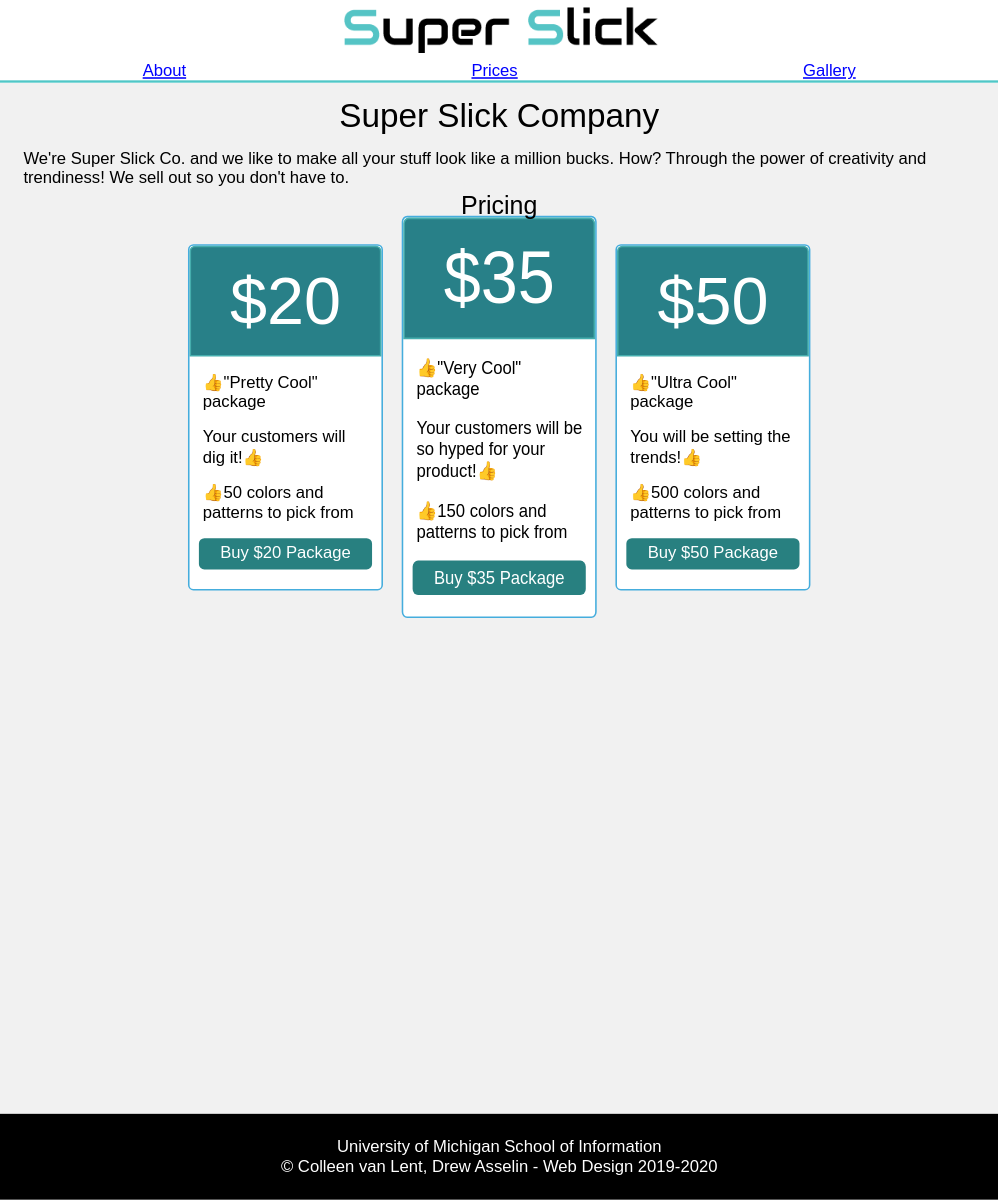
Repository: jiaqili0803/SI_539
Page: hw6-2021-main/homework.html
These files come from the project's save history. The page is drawn as it stood at one moment and after the next save; the edit follows.
The browser window is 1280 px wide. The pictures show the whole page, at 78% of full size.
Some web fonts or font styles are not loaded; a fallback is used.

Above is the page before, as saved 2021-10-29 14:20:03.

### hw6-2021-main/homework.html
<!DOCTYPE html>
<html lang="en">
  <head>
    <meta charset="utf-8">
    <meta name="viewport" content="width=device-width, initial-scale=1.0">
    <link rel="stylesheet" type="text/css" href="css/html5reset.css">
    <link rel="stylesheet" type="text/css" href="css/starter.css">
    <link rel="stylesheet" type="text/css" href="css/style.css">
    <link href='https://fonts.googleapis.com/css?family=Alegreya Sans SC' rel='stylesheet'>
    <link rel="shortcut icon" href="images/logo_icon.png" type="image/png">

   <title>Super Slick Company</title>
  </head>
  <body>
    <a class = "skip" href='#about'>Skip to Main Content</a>
    <header>
      <img src="images/logo.png" alt="" id = "logo">
      <nav>
        <ul class="nav_links">
          <li class="nav_item"><a href="#about">About</a></li>
          <li class="nav_item"><a href="#pricing">Prices</a></li>
          <li class="nav_item"><a href="#gallery">Gallery</a></li>
        </ul>
      </nav>
    </header>
  <main class="about" id="skip">
    <h1>Super Slick Company</h1>

    <p>We're Super Slick Co. and we like to make all your stuff look like a million bucks. How? Through the power of creativity and trendiness! We sell out so you don't have to.</p>

    <h2 id = "pricing">Pricing</h2>
      <div class="pricing">
        <div class="card">
          <header><h3>$20</h3></header>
          <ul>
            <li>"Pretty Cool" package</li>
            <li>Your customers will dig it!</li>
            <li>50 colors and patterns to pick from</li>
          </ul>
          <button>Buy $20 Package</button>
        </div>
        <div class="card card_big">
          <header><h3>$35</h3></header>
          <ul>
            <li>"Very Cool" package</li>
            <li>Your customers will be so hyped for your product!</li>
            <li>150 colors and patterns to pick from</li>
          </ul>
          <button>Buy $35 Package</button>
        </div>
        <div class="card">
          <header><h3>$50</h3></header>
          <ul>
            <li>"Ultra Cool" package</li>
            <li>You will be setting the trends!</li>
            <li>500 colors and patterns to pick from</li>
          </ul>
          <button>Buy $50 Package</button>
        </div>
      </div>

      <h2 id = "gallery">Gallery</h2>
        <div class="gallery">
          <img id="image1" src="images/sample.jpg" alt="" />
          <img id="image2" src="images/sample.jpg" alt="" />
          <img id="image3" src="images/sample.jpg" alt="" />
          <img id="image4" src="images/sample.jpg" alt="" />
          <img id="image5" src="images/sample.jpg" alt="" />
        </div>
    </main>

    <footer>
      <p>University of Michigan School of Information <br/>
        &copy; Colleen van Lent, Drew Asselin - Web Design 2019-2020</p>
    </footer>
  </body>
</html>

### hw6-2021-main/css/html5reset.css
/*
    HTML5 Reset :: style.css
    ----------------------------------------------------------
    We have learned much from/been inspired by/taken code where offered from:
    Eric Meyer                  :: http://meyerweb.com
    HTML5 Doctor                :: http://html5doctor.com
    and the HTML5 Boilerplate   :: http://html5boilerplate.com
-------------------------------------------------------------------------------*/

/* Let's default this puppy out
-------------------------------------------------------------------------------*/

html, body, body div, span, object, iframe, h1, h2, h3, h4, h5, h6, p, blockquote, pre, abbr, address, cite, code, del, dfn, em, img, ins, kbd, q, samp, small, strong, sub, sup, var, b, i, dl, dt, dd, ol, ul, li, fieldset, form, label, legend, table, caption, tbody, tfoot, thead, tr, th, td, article, aside, figure, footer, header, menu, nav, section, time, mark, audio, video, details, summary {
    margin: 0;
    padding: 0;
    border: 0;
    font-size: 100%;
    font-weight: normal;
    vertical-align: baseline;
    background: transparent;
}

main, article, aside, figure, footer, header, nav, section, details, summary {display: block;}

/* Handle box-sizing while better addressing child elements:
   http://css-tricks.com/inheriting-box-sizing-probably-slightly-better-best-practice/ */
html {
    box-sizing: border-box;
}

*,
*:before,
*:after {
    box-sizing: inherit;
}

/* consider resetting the default cursor: https://gist.github.com/murtaugh/5247154 */

/* Responsive images and other embedded objects */
/* if you don't have full control over `img` tags (if you have to overcome attributes), consider adding height: auto */
img,
object,
embed {max-width: 100%;}

/*
   Note: keeping IMG here will cause problems if you're using foreground images as sprites.
    In fact, it *will* cause problems with Google Maps' controls at small size.
    If this is the case for you, try uncommenting the following:
#map img {
        max-width: none;
}
*/

/* force a vertical scrollbar to prevent a jumpy page */
html {overflow-y: scroll;}

/* we use a lot of ULs that aren't bulleted.
    you'll have to restore the bullets within content,
    which is fine because they're probably customized anyway */
ul {list-style: none;}

blockquote, q {quotes: none;}

blockquote:before,
blockquote:after,
q:before,
q:after {content: ''; content: none;}

a {margin: 0; padding: 0; font-size: 100%; vertical-align: baseline; background: transparent;}

del {text-decoration: line-through;}

abbr[title], dfn[title] {border-bottom: 1px dotted #000; cursor: help;}

/* tables still need cellspacing="0" in the markup */
table {border-collapse: separate; border-spacing: 0;}
th {font-weight: bold; vertical-align: bottom;}
td {font-weight: normal; vertical-align: top;}

hr {display: block; height: 1px; border: 0; border-top: 1px solid #ccc; margin: 1em 0; padding: 0;}

input, select {vertical-align: middle;}

pre {
    white-space: pre; /* CSS2 */
    white-space: pre-wrap; /* CSS 2.1 */
    white-space: pre-line; /* CSS 3 (and 2.1 as well, actually) */
    word-wrap: break-word; /* IE */
}

input[type="radio"] {vertical-align: text-bottom;}
input[type="checkbox"] {vertical-align: bottom;}
.ie7 input[type="checkbox"] {vertical-align: baseline;}
.ie6 input {vertical-align: text-bottom;}

select, input, textarea {font: 99% sans-serif;}

table {font-size: inherit; font: 100%;}

small {font-size: 85%;}

strong {font-weight: bold;}

td, td img {vertical-align: top;}

/* Make sure sup and sub don't mess with your line-heights http://gist.github.com/413930 */
sub, sup {font-size: 75%; line-height: 0; position: relative;}
sup {top: -0.5em;}
sub {bottom: -0.25em;}

/* standardize any monospaced elements */
pre, code, kbd, samp {font-family: monospace, sans-serif;}

/* hand cursor on clickable elements */
.clickable,
label,
input[type=button],
input[type=submit],
input[type=file],
button {cursor: pointer;}

/* Webkit browsers add a 2px margin outside the chrome of form elements */
button, input, select, textarea {margin: 0;}

/* make buttons play nice in IE */
button,
input[type=button] {width: auto; overflow: visible;}

/* scale images in IE7 more attractively */
.ie7 img {-ms-interpolation-mode: bicubic;}

/* prevent BG image flicker upon hover
   (commented out as usage is rare, and the filter syntax messes with some pre-processors)
.ie6 html {filter: expression(document.execCommand("BackgroundImageCache", false, true));}
*/

/* let's clear some floats */
.clearfix:after { content: " "; display: block; clear: both; }

### hw6-2021-main/css/starter.css
body{
    margin: 0;
    padding: 0;
    font-size: 16pt; /* test for this! Make all sizes em or rem */
  }

  header{
    background: #fff;
    border-bottom: 3px solid #50C7C7;
  }

  h1{
    font-size: 2em;
    text-align: center;
    line-height: 2;
  }

  h2{
    font-size: 1.5em;
    text-align: center;
    padding: 5px;
  }

  p {
    padding: 0 30px;
  }

  a.skip{
    background: white;
    left: 0;
    padding: 6px;
    position: absolute;
    top: -40px;
    -webkit-transition: top 1s ease-out;
    transition: top 1s ease-out;
    z-index: 1;
  }

  a.skip:focus{
    top:20px;
    color: black;
    text-decoration-style: solid;
  }

  *:focus{
    border: 2px solid black;
  }


  .nav_item a{
    padding: 10px;
  }

  .nav_item a:hover, a:focus{
    color: #50C7C7;
    text-decoration: underline;
    -webkit-text-decoration-style: dotted;
            text-decoration-style: dotted;
  }

  .pricing{
    min-height: 475px;
  }

  .card {
    margin: 12px;
    background: #fff;
    border-radius: 7px;
    padding: 0 0 25px 0;

  }

  .card > ul{
    list-style: none;
    padding-left: 5px;
  }

  .card > ul li {
    width: 90%;
    margin: 20px auto;

  }

.card button{
    width: 90%;
    height: 40px;
    border: 0;
    margin-left: 5%;
    border-radius: 7px;
    background: #288080;
    color: white;
    font-size: 1em;
  }

  .card h3{
    font-size: 4em;
    color: white;
    text-align: center;
  }

  .card_big{
    -webkit-transform: initial;
            transform: initial;
  }

  .gallery{
    min-height: 600px;
  }

  footer{
    background-color: black;
    color: white;
    padding: 30px;
    text-align: center;
  }

  @media screen and (min-width: 850px){
    .card_big{
        -webkit-transform: scaleY(1.1);
        transform: scaleY(1.1);
        z-index: -99;
  }
}

### hw6-2021-main/css/style.css
body{
    font-family: 'Alegreya Sans SC', Sans-Serif;
    background-image: url("../images/concrete_seamless.png");
    background-color: #f1f1f1;

  }

header{
    display: flex;
    flex-direction: column;
    justify-content: center;
    align-items: center;

}

a:link, a:visited {
    color: blue;
}


.nav_links{
    display: flex;
    flex-direction: column;

}

#pricing{
    display: flex;
    flex-direction: column;
    justify-content: center;
    align-items: center;



}

.pricing{
    display: flex;
    /* flex-direction: column; */
    justify-content: center;
    align-items: center;
    flex-wrap: wrap;




}

.card{
    flex-basis: 450px;
}



.card header{
    background-color: #288088;
    border: 2px solid #45ADAD;
    padding-top: 20px;
    padding-bottom: 20px;
    border-top-left-radius: 7px;
    border-top-right-radius: 7px;

}

.gallery img{
    border: 10px solid #50C7C7;
    margin: 10px;
    width: 300px;


}

.gallery{
    display: flex;
    /* flex-direction: column; */
    justify-content: center;
    align-items: center;
    align-content: center;
    flex-wrap: wrap;

}

#logo{
    animation-name: slidein;
    animation-duration: 5s;
    animation-iteration-count: 1;

}


@keyframes slidein {
from {

    width: 50px;
    opacity: 0;
}

to {

    width: 425px;
    opacity: 1;
}
}


@media screen and (min-width: 850px){
    body > header{
        display: flex;
        flex-direction: row;
        justify-content: space-between;


        /* justify-content: flex-start; */
        /* flex-wrap: wrap; */


        position: sticky;
        width: 100%;
        top:0;


    }


    .nav_links{
        flex-direction: row;

    }

    .card{
        flex-basis: 250px;

    }

}

@media screen and (prefers-reduced-motion: reduce){
    #logo {
      animation: none;
    }
}


@media screen and (min-width: 1001px){
    body{
        background-image: none;

    }

    body > header{
        display: flex;
        flex-direction: column;
        /* align-content: space-between; */
    }

    nav{
        width: 100%;
    }

    .nav_links{
        display: flex;
        flex-direction: row;
        justify-content: space-around;
    }

    .pricing{
        display: flex;

        align-self: flex-end;

        align-content: flex-end;

    }

    .card{
        border: 2px solid #45ADDD;
        flex-basis: 250px;
    }

    .gallery{
        visibility: hidden;
    }

    #gallery{
        visibility: hidden;
    }

    main li:nth-child(2n-1):before {
        content: "👍";
      }

    main li:nth-child(2n):after {
        content: "👍";
    }


    }



/* @media print{
    body{
        background-image: none;

    }

    .nav_links{
        display: flex;
        flex-direction: row;

        justify-content: space-around;


    }

} */

After the next save:
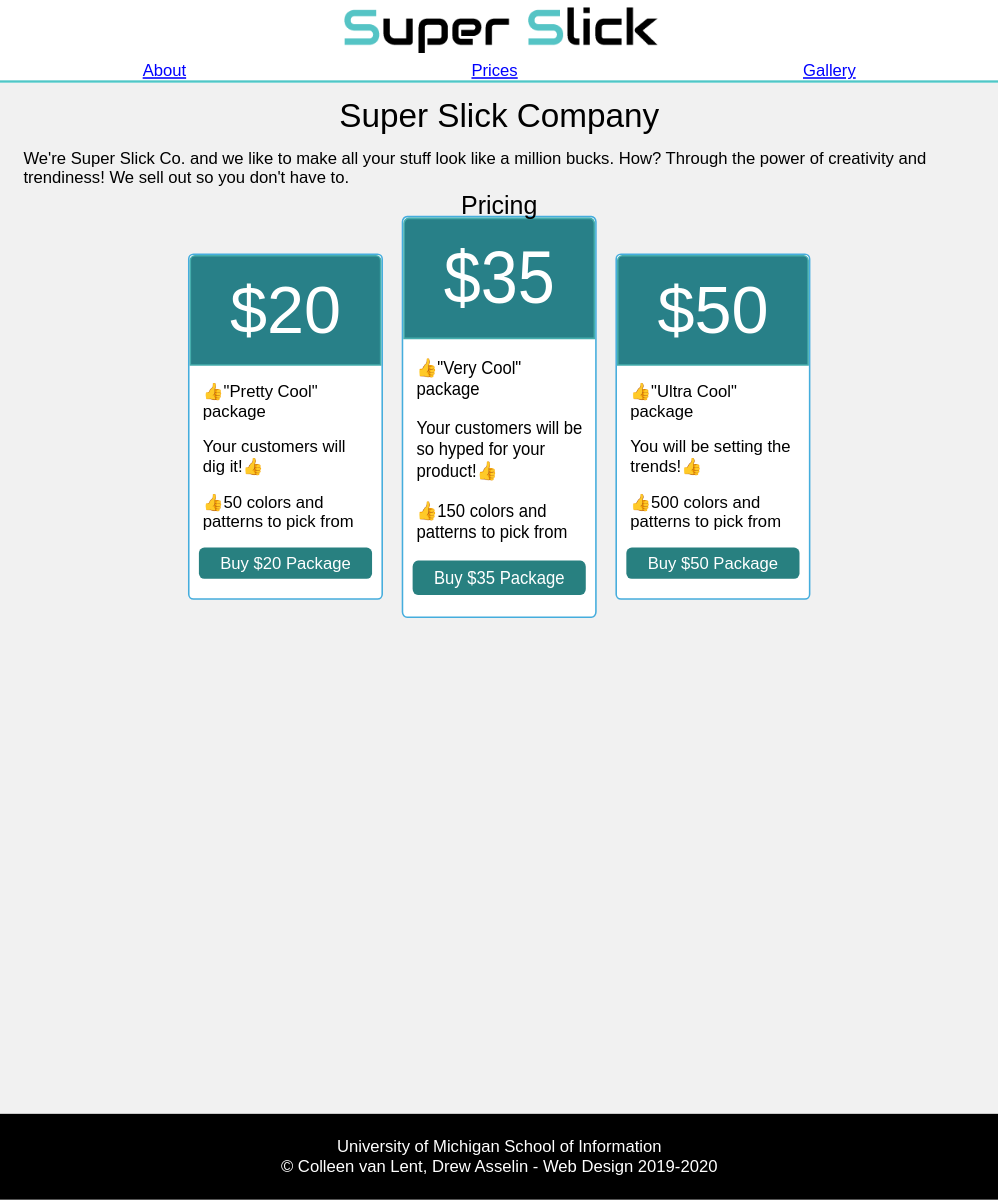
Saved 2 min 25 s later.
--- a/hw6-2021-main/css/style.css
+++ b/hw6-2021-main/css/style.css
@@ -166,7 +166,7 @@ to {
     .pricing{
         display: flex;
 
-        align-self: flex-end;
+        align-items: flex-end;
 
         align-content: flex-end;
 
